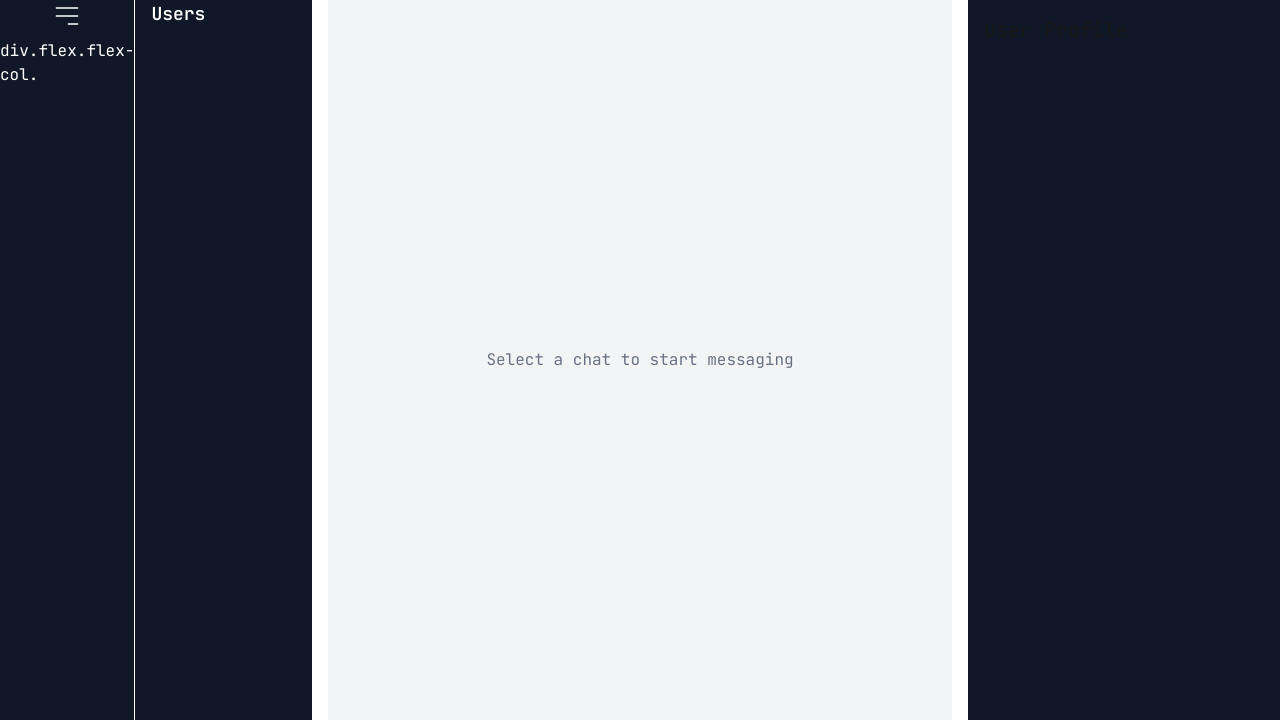
Repository: Sync-Decode/chat-app
Page: /
These files come from the project's save history. The page is drawn as it stood at one moment and after a run of saves; the edit follows.
The browser window is 1280 px wide. The pictures show the whole page.
The page's requests for data from a server got no answer. The project was rebuilt for these pictures with package versions that can differ from the ones it lists, and the page was loaded fresh each time. The framework's server and built-in components were replaced by stand-ins that run in the browser. No one was signed in, and anything a server would have sent is missing. Also part of the build but not shown: next.config.mjs, src/components/Menu.jsx, src/components/Chatview.jsx.

Above is the page before, as saved 2025-06-21 16:34:48.

After the next 3 saves:
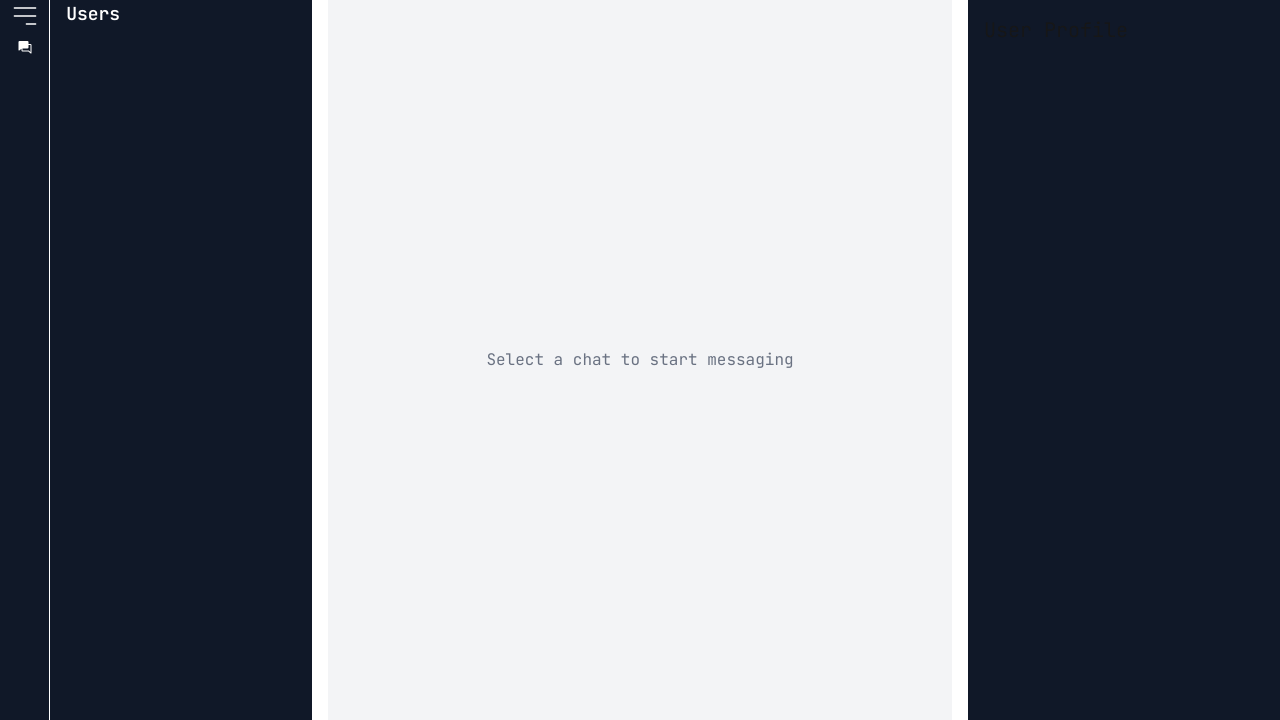
The 3 saves are shown as one change because they came seconds apart.
The last was saved 7 s later.
--- a/src/components/Sidebar.jsx
+++ b/src/components/Sidebar.jsx
@@ -17,7 +17,9 @@ export default function Sidebar() {
         <div onClick={() => setIsMenuHidden((prev) => !prev)}>
           <Hamburger />
         </div>
-        div.flex.flex-col.
+        <div className="flex flex-col">
+          <PiChatsFill />
+        </div>
       </div>
 
       <div className="relative flex-5 h-full pl-4 overflow-y-auto">
